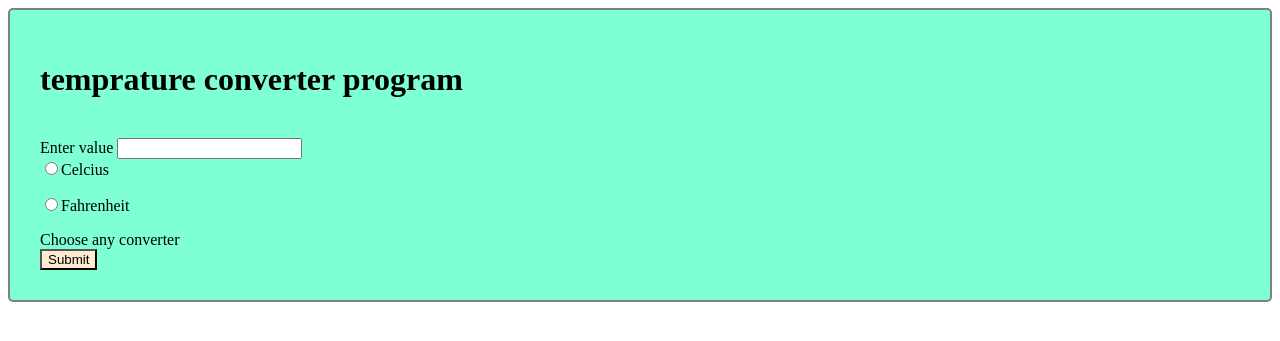
Repository: albinsabu2023/Stopwatch-program
Page: index.html
An editor plug-in stored every save of this project. The page is shown before and after the next save, followed by the edit.
The browser window is 1280 px wide. The pictures show the whole page.

Above is the page before, as saved 2023-03-02 23:10:16.

### index.html
<!DOCTYPE html>

<head>
    <meta charset="UTF-8">
    <meta http-equiv="X-UA-Compatible" content="IE=edge">
    <meta name="viewport" content="width=device-width, initial-scale=1.0">
    <link rel="stylesheet" href="style.css">
    <title>Document</title>
</head>
    <div class="c-1">


        <h1>temprature converter program</h1><br>
        <label>Enter value</label>
        <input type="text" id="text"></input><br>

        <input type="radio"  id="cel" name="temp">Celcius</input><br>
        <input type="radio" id="far" name ="temp">Fahrenheit</input><br>
        <label id="ans"> Choose any converter</label><br>
        <button type="submit" id ="submit">Submit</button>
    </div>
    <script src="index.js"></script>
</body>
</html>

### style.css
.c-1{
    padding: 30px;
    border: 2px solid gray;
    border-radius: 5px;
    background-color: aquamarine;
}
#cel,#far{
    margin-bottom: 20px;
}
#submit{
    background-color: blanchedalmond;
}

### index.js
//SCOPE
/** let is limited to block
 *  var is referenced to a function
 * for(var i){
 * }
 * console.log(i) /// ERRROR!!!! cant acces
 *
 */

//locale and options
//  -----------------------
// let num = 1234.56;
// num = num.toLocaleString("en-us"); ///english usa
// console.log(num);
// num = num.toLocaleString("hi-In"); //hindi india
// console.log(num);
// num = num.toLocaleString("de-De"); //standard german
// console.log(num);
//  convert to currency
//  TO CURRENCY
//------------------

// let num = 12345.467;
// num = num.toLocaleString("en-US", { style: "currency", currency: "INR" });
// console.log(num);
//TO UNIT AND PERCENTAGE
//-----------------------------------
// num = num.toLocaleString("undefined", { style: "percentage", });
// num = num.toLocaleString("undefined", { style: "unit",,unit:"celcius" });

//NUMBER GUESSING PROGRAM
{
  /* <h1>Number Guessing Game</h1>
    <p>Pick a number between 1 to 10</p>
    <label>enter a guess</label>
    <input id="guess" type="text"></input>
    <input type="submit" id="submit"></input> */
}
// const ans = Math.floor(Math.random() * 10 + 1);
// let guess = 0;
// document.getElementById("submit").onclick = function () {
//   guess = document.getElementById("guess").value;
//   if (guess == ans) {
//     alert(`${ans} is the number it took ${guess} `);
//   } else if (guess < ans) {
//     console.log("too small");
//   } else if (guess > num) {
//     console.log("too big");
//   }
// };

//TEMPRATURE CONVERTER PROGRAM

document.getElementById("submit").onclick = function () {
  let temp;

  if (document.getElementById("cel").checked) {
    temp = document.getElementById("text").value;
    temp = Number(temp);
    let res = toCel(temp);
    document.getElementById("ans").innerHTML =
      " you enterd in celcius  is" + res;
  } else if (document.getElementById("far").checked) {
    temp = document.getElementById("text").value;
    temp = Number(temp);
    let res = toFar(temp);
    document.getElementById("ans").innerHTML =
      "you enterd in faranheit  is " + res;
  } else {
    document.getElementById("ans").innerHTML = "please choose one";
  }
};

function toCel(temp) {
  return (temp - 32) * (5 / 9);
}
function toFar(temp) {
  return (temp * 9) / 5 + 32;
}

After the next save:
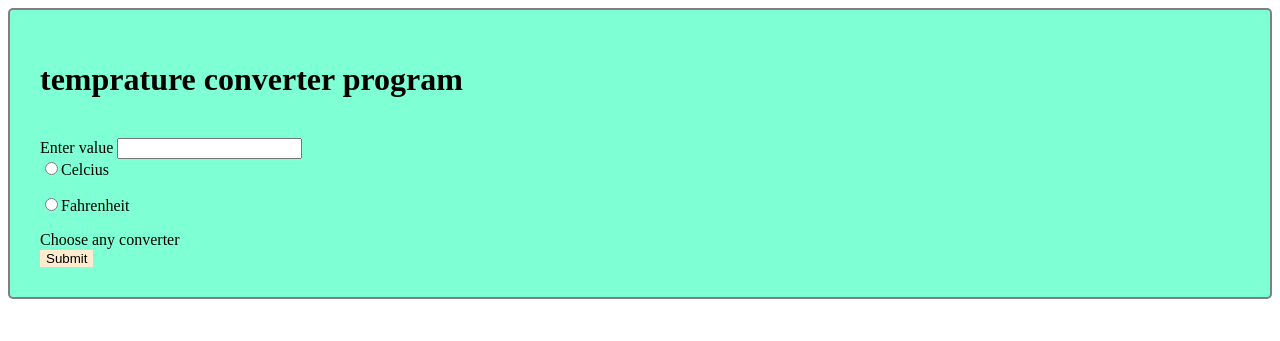
Saved 15 s later.
--- a/style.css
+++ b/style.css
@@ -9,4 +9,5 @@
 }
 #submit{
     background-color: blanchedalmond;
+    border:none
 }
